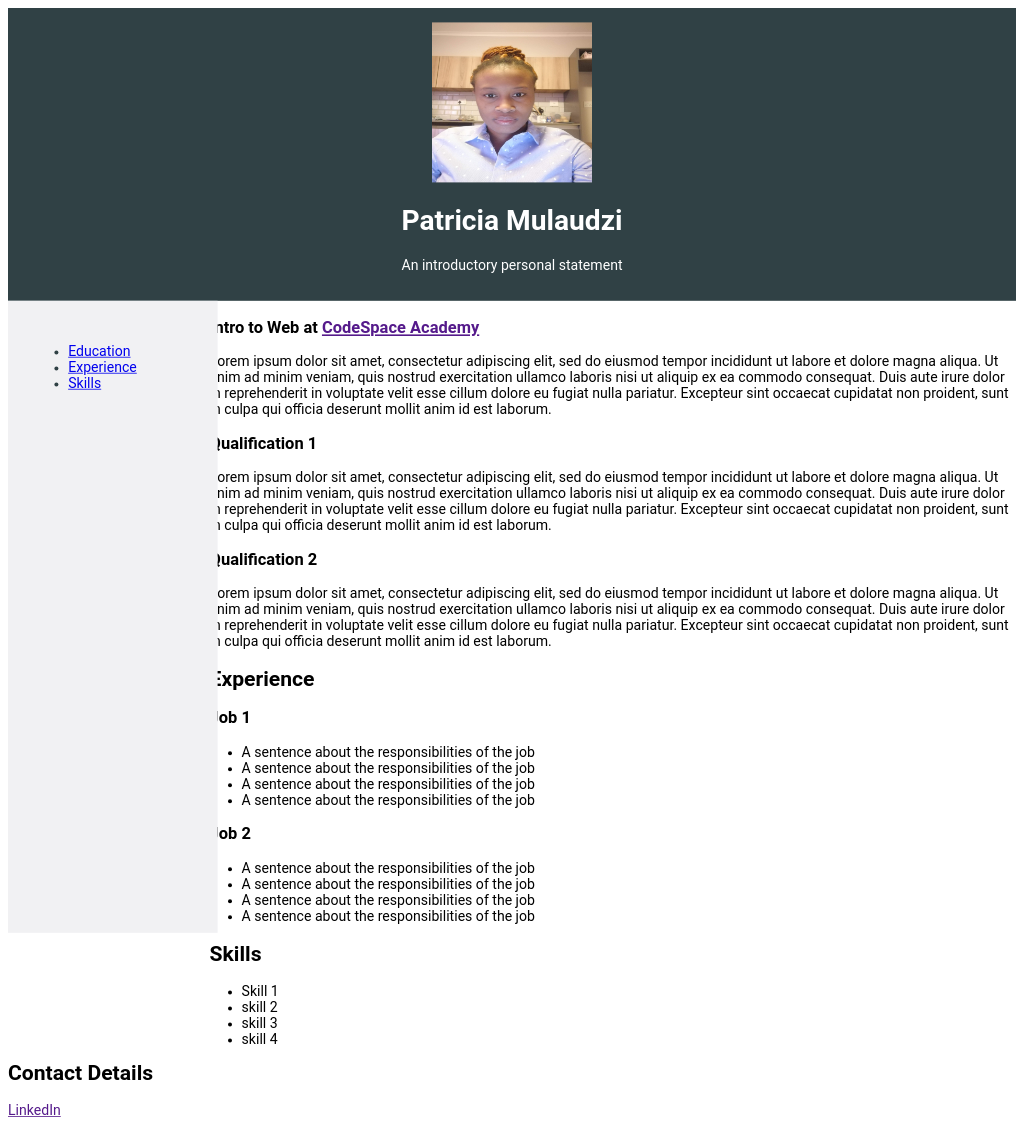
Repository: Patricious/Digital-Resume-01
Page: index.html
An editor plug-in stored every save of this project. The page is shown before and after the next save, followed by the edit.
The browser window is 1280 px wide. The pictures show the whole page, at 80% of full size.

Above is the page before, as saved 2021-08-23 10:44:09.

### index.html
<!DOCTYPE html>
<html>

<head>
    <title>Patricia Digital Resume</title>
    <link rel="stylesheet" type="text/css" href="css/stylesheet.css">
</head>

<body>

    <header>
        <img src="img/IMG_20200502_085519.jpg" alt="profile" width="200" height="200" />
        <h1>Patricia Mulaudzi</h1>
        <p>An introductory personal statement</p>
    </header>
    <aside>

        <ul>
            <li>
                <a href="#education">Education</a>
            </li>
            <li>
                <a href="#experience">Experience</a>
            </li>
            <li>
                <a href="#skills">Skills</a>
            </li>

        </ul>
    </aside>
    <section>


        <article>

            <h3>Intro to Web at
                <a href=""> CodeSpace Academy</a>

            </h3>
            <p>Lorem ipsum dolor sit amet, consectetur adipiscing elit, sed do eiusmod tempor incididunt ut labore et dolore magna aliqua. Ut enim ad minim veniam, quis nostrud exercitation ullamco laboris nisi ut aliquip ex ea commodo consequat. Duis aute
                irure dolor in reprehenderit in voluptate velit esse cillum dolore eu fugiat nulla pariatur. Excepteur sint occaecat cupidatat non proident, sunt in culpa qui officia deserunt mollit anim id est laborum.</p>
            <h3>Qualification 1</h3>
            <p>Lorem ipsum dolor sit amet, consectetur adipiscing elit, sed do eiusmod tempor incididunt ut labore et dolore magna aliqua. Ut enim ad minim veniam, quis nostrud exercitation ullamco laboris nisi ut aliquip ex ea commodo consequat. Duis aute
                irure dolor in reprehenderit in voluptate velit esse cillum dolore eu fugiat nulla pariatur. Excepteur sint occaecat cupidatat non proident, sunt in culpa qui officia deserunt mollit anim id est laborum.</p>

            <h3>Qualification 2</h3>
            <p>Lorem ipsum dolor sit amet, consectetur adipiscing elit, sed do eiusmod tempor incididunt ut labore et dolore magna aliqua. Ut enim ad minim veniam, quis nostrud exercitation ullamco laboris nisi ut aliquip ex ea commodo consequat. Duis aute
                irure dolor in reprehenderit in voluptate velit esse cillum dolore eu fugiat nulla pariatur. Excepteur sint occaecat cupidatat non proident, sunt in culpa qui officia deserunt mollit anim id est laborum.</p>

            <h2 id="#experience">Experience</h2>
            <h3>Job 1</h3>
            <ul>
                <li>A sentence about the responsibilities of the job</li>
                <li>A sentence about the responsibilities of the job</li>
                <li>A sentence about the responsibilities of the job</li>
                <li>A sentence about the responsibilities of the job</li>
            </ul>

            <h3>Job 2</h3>
            <ul>
                <li>A sentence about the responsibilities of the job</li>
                <li>A sentence about the responsibilities of the job</li>
                <li>A sentence about the responsibilities of the job</li>
                <li>A sentence about the responsibilities of the job</li>
            </ul>

            <h2 id="#skills">Skills</h2>
            <ul>
                <li>Skill 1</li>
                <li> skill 2</li>
                <li> skill 3</li>
                <li> skill 4 </li>
            </ul>
        </article>
    </section>
    <footer>
        <h2 id="#contact">Contact Details</h2>
        <a href=""> LinkedIn</a>
    </footer>
</body>

</html>

### css/stylesheet.css
body {
    font-family: 'Roboto', sans-serif;
    font-size: 110%;
    background-color: #ffffff;
    margin: 10px;
}

header {
    text-align: center;
    background-color: #304145;
    color: #ffffff;
    padding: 1em;
}

aside {
    background-color: #F1F1F3;
    color: #304145;
    width: 15%;
    padding: 2em;
    height: 100%;
    float: left;
    position: absolute;
    flex: 0 0 auto;
}

section {
    float: right;
    margin-left: 20%;
}

After the next save:
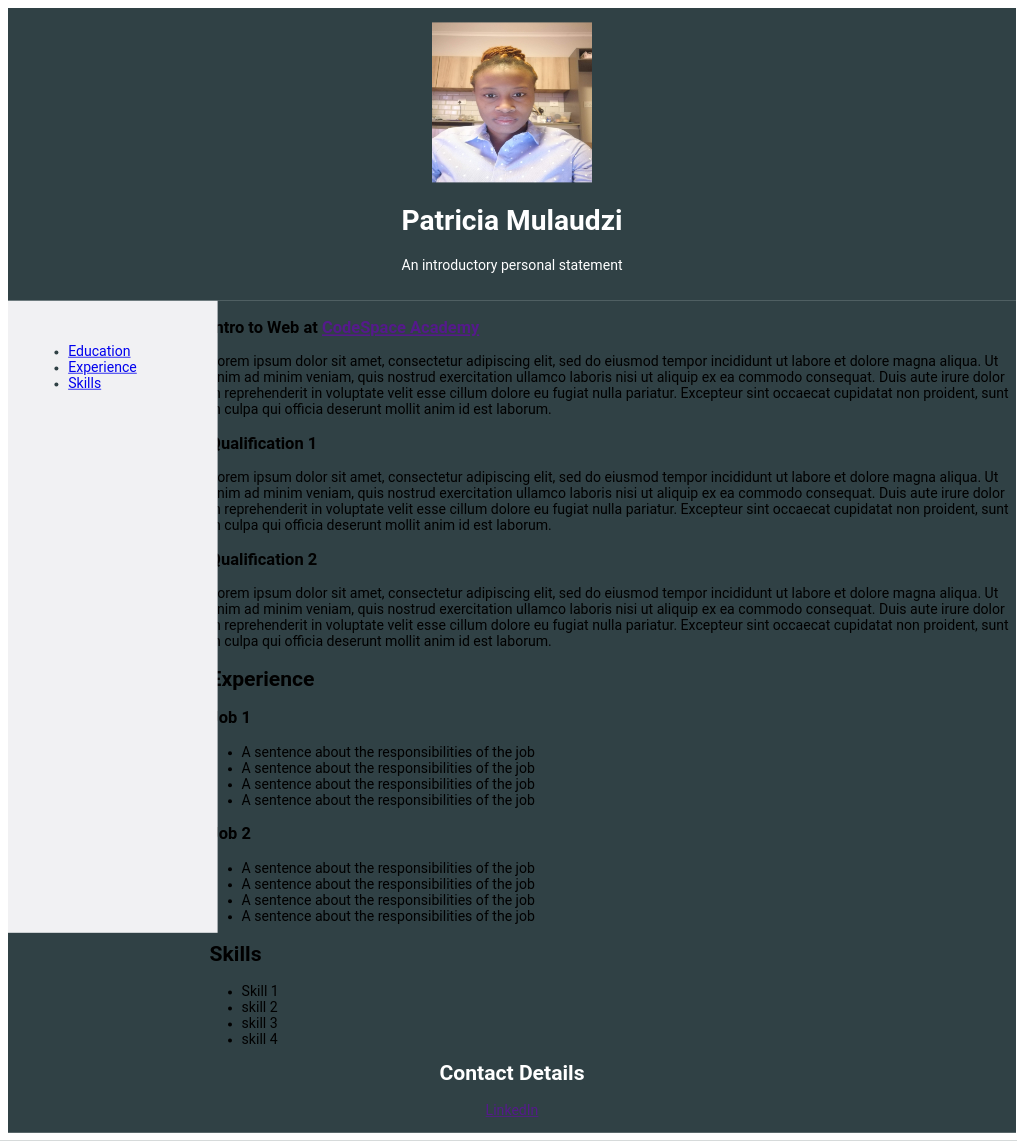
Saved 13 s later.
--- a/css/stylesheet.css
+++ b/css/stylesheet.css
@@ -27,3 +27,10 @@ section {
     float: right;
     margin-left: 20%;
 }
+
+footer {
+    background-color: #304145;
+    text-align: center;
+    color: #ffffff;
+    padding: 1em;
+}
